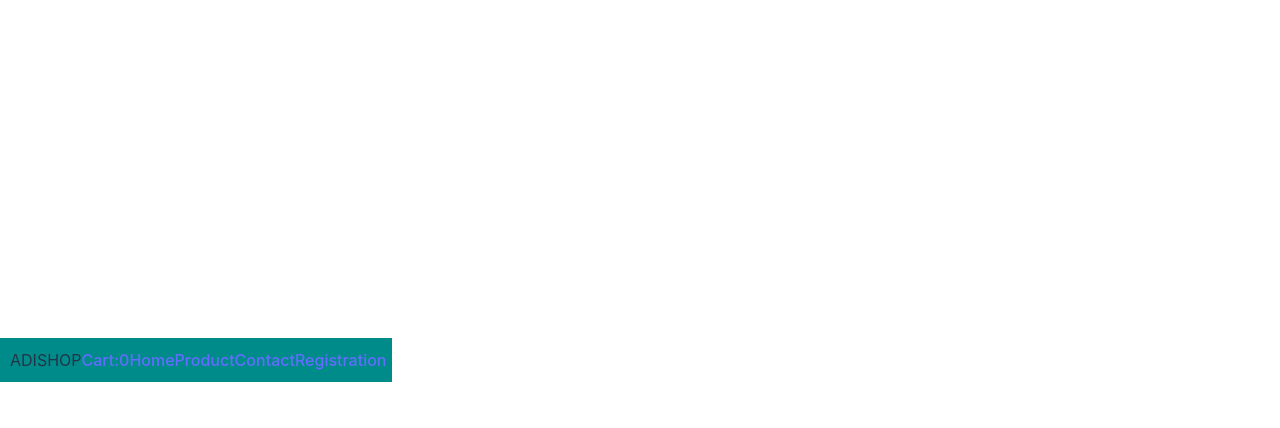
Repository: Aditya0377/React-ecommercewebsite
Page: /contact (app in ecommerce/)
These files come from the project's save history. The page is drawn as it stood at one moment and after the next save; the edit follows.
The browser window is 1280 px wide. The pictures show the whole page.
The project was rebuilt for these pictures with package versions that can differ from the ones it lists, and the page was loaded fresh each time. Also part of the build but not shown: ecommerce/vite.config.js, ecommerce/src/components/Footer.jsx, ecommerce/src/components/Home.jsx, ecommerce/src/components/Product.css, ecommerce/src/components/Product.jsx, ecommerce/src/components/Login.css, ecommerce/src/components/Login.jsx, ecommerce/src/components/Registration.jsx. Imported but missing from the stored project, and not drawn on this page: ecommerce/src/components/Cart.

Above is the page before, as saved 2025-01-29 14:20:28.

### ecommerce/src/main.jsx
import { BrowserRouter } from 'react-router-dom'
import { createRoot } from 'react-dom/client'
import './index.css'
import App from './App.jsx'

createRoot(document.getElementById('root')).render(
  <BrowserRouter>
    <App />
  </BrowserRouter>


)

### ecommerce/src/App.jsx
import React, { createContext, useState } from 'react'
import Header from './components/Header'
import { Routes, Route } from 'react-router-dom'
import Home from './components/Home'
import Product from './components/Product'
import Contact from './components/Contact'
import Login from './components/Login'
import Footer from './components/Footer'
import Cart from './components/Cart'
import Registration from './components/Registration'
import Authentication from './components/Authentication'

// import Pracctise from './components/Pracctise'

const context = createContext();


const App = () => {
  const [count, setCount] = useState(0);


  const addtoCart = () => {
    setCount(prevcount => prevcount + 1)
  }
  const x = 234;


  return (
    <div>
      <context.Provider value={{ addtoCart, count }}>
        <Header count={count} />
        <Routes>
          <Route path='/cart' element={<Cart />} />
          <Route path='/' element={<Home />} />

          <Route path='/product' element={<Product />} />

          <Route path='/contact' element={<Authentication component={<Contact />} />} />
          <Route path='/login' element={<Login />} />
          <Route path='/registration' element={<Registration />} />




        </Routes>
      </context.Provider>

      {/* <Pracctise /> */}


      {/* <Footer /> */}
    </div >
  )
}

export default App;
export { context };

### ecommerce/src/components/Header.jsx
import React, { useContext } from 'react'
import "./Header.css"
import { Link } from "react-router-dom"
import { useState } from 'react'
import { context } from '../App'
const Header = () => {

    const [hide, sethide] = useState(true);

    const context1 = useContext(context);

    const unhide = () => {
        sethide(!hide)
        console.log(hide)
    }
    return (
        <><div className='burpar'>
            <div className='burger' onClick={unhide}>
                <div className="icon"></div>
                <div className="icon"></div>
                <div className="icon"></div>
            </div>
            <div className="search"><input type="search" name="" id="" placeholder='Search Here' /></div>

        </div>
            <div className={`nav ${hide ? 'shownav' : 'hidenav'}`}>
                <div className="logo">ADISHOP</div>
                <div className="menu">

                    <ul>

                        <li>
                            <Link to='/cart'>Cart:{context1.count}</Link>
                        </li>
                        <li>
                            <Link to='/'>Home</Link>
                        </li>
                        <li>
                            <Link to='/product'>Product</Link>
                        </li>
                        <li>
                            <Link to='/contact'>Contact</Link>

                        </li>
                        <li>
                            <Link to='/registration'>Registration</Link>

                        </li>
                    </ul>
                </div>
            </div>
        </>
    )
}

export default Header

### ecommerce/src/components/Authentication.jsx
import React from 'react'
import { useNavigate } from 'react-router-dom'

const Authentication = (prop) => {
    const navigate = useNavigate();
    const { Component } = prop;

    return (
        <div>

        </div>
    )
}

export default Authentication

### ecommerce/src/components/Header.css
*{
    box-sizing: border-box;
    margin: 0px;
    padding: 0px;
}

.nav{
    padding:10px;
    display: flex;
    justify-content: space-between;
    align-items: center;
    background-color: darkcyan;
}
.menu ul {
    list-style: none;
    display: flex;
    width: 300px;
    justify-content: space-between;
}
.burpar{
    display: none;
}
.icon{
    width: 20px;
    border: 2px solid black;
    margin: 1px;
}
@media screen and (max-width:550px){
    .burpar{
        height: 25px;
        display: flex;
        justify-content: space-between;
        align-items: center;

    }
    .burger{
        display: block;
    }
    .nav{
        width: 90px;
        display: block;
        transition: transform 500ms ease-in;

    }
    .logo{
        display: none;
    }
    .menu ul{

        width: 100%;
         display:flex;
         flex-direction: column;
         align-items: center;
         gap: 10px;
    }
    .shownav{
        transform: translateX(0%);
    }
    .hidenav{
        transform: translateX(-100px)

    }

}

### ecommerce/src/components/Footer.css
.footer{
    display: flex;
    background-color: rgb(34,46,62);
    flex-direction: column;
    color: white;

    width: 100%;
    /* position: absolute; */
    /* bottom: 0px; */
    /* bottom: 0px; */
}

.info{
    width: 100%;
    height: 300px;
    display: flex;
    justify-content: space-around;
    align-items: center;
    border: 1px solid black;
}
.copyinfo{
    text-align: center;
}
a {
    text-decoration: none;

}

### ecommerce/src/components/Contact.jsx
//
import React from 'react'

const Contact = () => {
    return (
        <div>
            contact
        </div>
    )
}

export default Contact

Loaded but not shown: ecommerce/index.html (common file); ecommerce/src/index.css (common file); ecommerce/src/components/Home.css (no stored copy; drawn as an empty file)

After the next save:
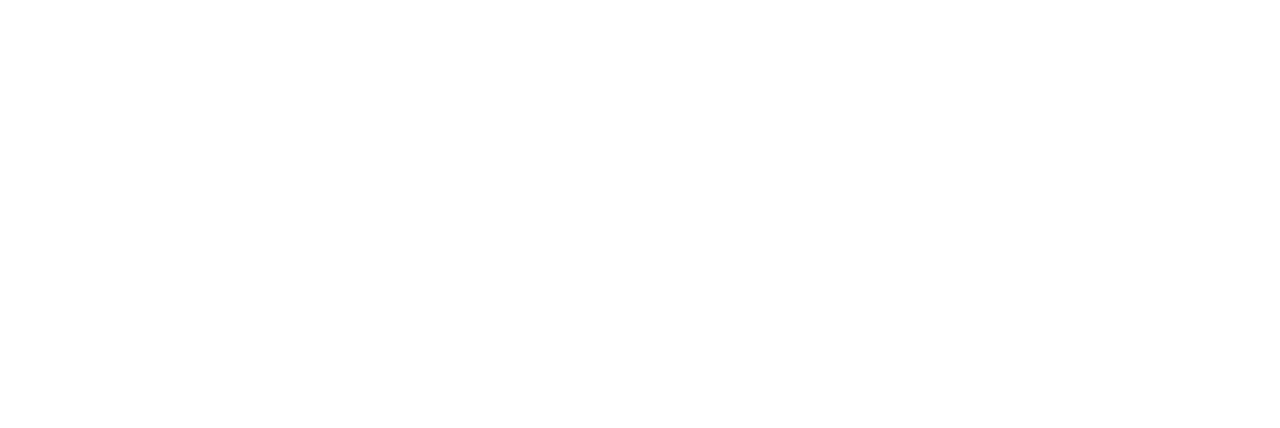
Console error (its wording comes from the project's code and is left out).
Saved 10 s later.
--- a/ecommerce/src/components/Authentication.jsx
+++ b/ecommerce/src/components/Authentication.jsx
@@ -7,7 +7,7 @@
 
     return (
         <div>
-
+            <Component />
         </div>
     )
 }

After the 4 saves that followed:
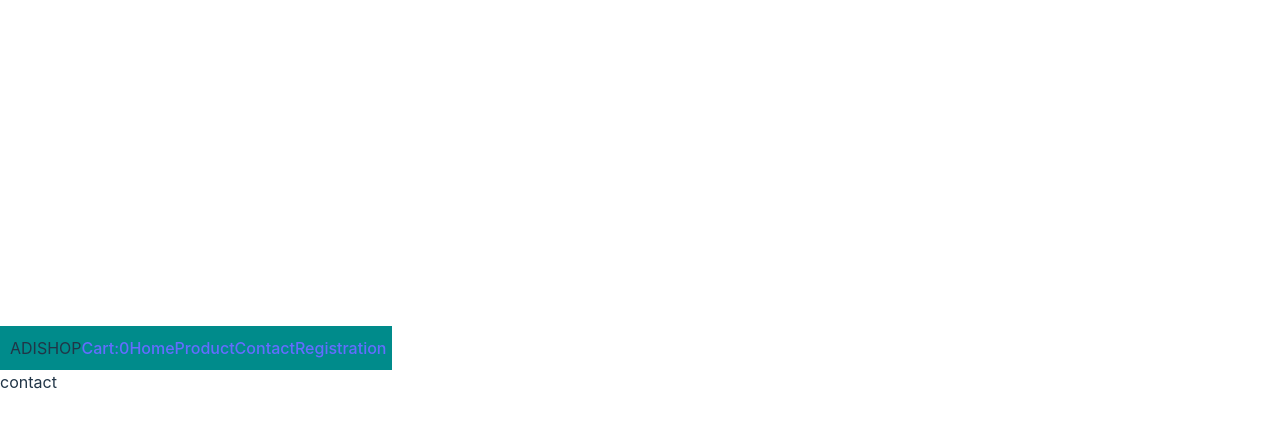
The error is gone.
The 4 saves are shown as one change because 3 left the picture as it was.
The last was saved 4 min 7 s later.
--- a/ecommerce/src/App.jsx
+++ b/ecommerce/src/App.jsx
@@ -33,9 +33,9 @@
           <Route path='/cart' element={<Cart />} />
           <Route path='/' element={<Home />} />
 
-          <Route path='/product' element={<Product />} />
+          <Route path='/product' element={<Authentication Component={<Product />} />} />
 
-          <Route path='/contact' element={<Authentication component={<Contact />} />} />
+          <Route path='/contact' element={<Contact />} />
           <Route path='/login' element={<Login />} />
           <Route path='/registration' element={<Registration />} />
 
--- a/ecommerce/src/components/Authentication.jsx
+++ b/ecommerce/src/components/Authentication.jsx
@@ -1,10 +1,10 @@
 import React from 'react'
-import { useNavigate } from 'react-router-dom'
+// import { useNavigate } from 'react-router-dom'
 
 const Authentication = (prop) => {
-    const navigate = useNavigate();
+    // const navigate = useNavigate();
     const { Component } = prop;
-
+    console.log(Component);
     return (
         <div>
             <Component />
